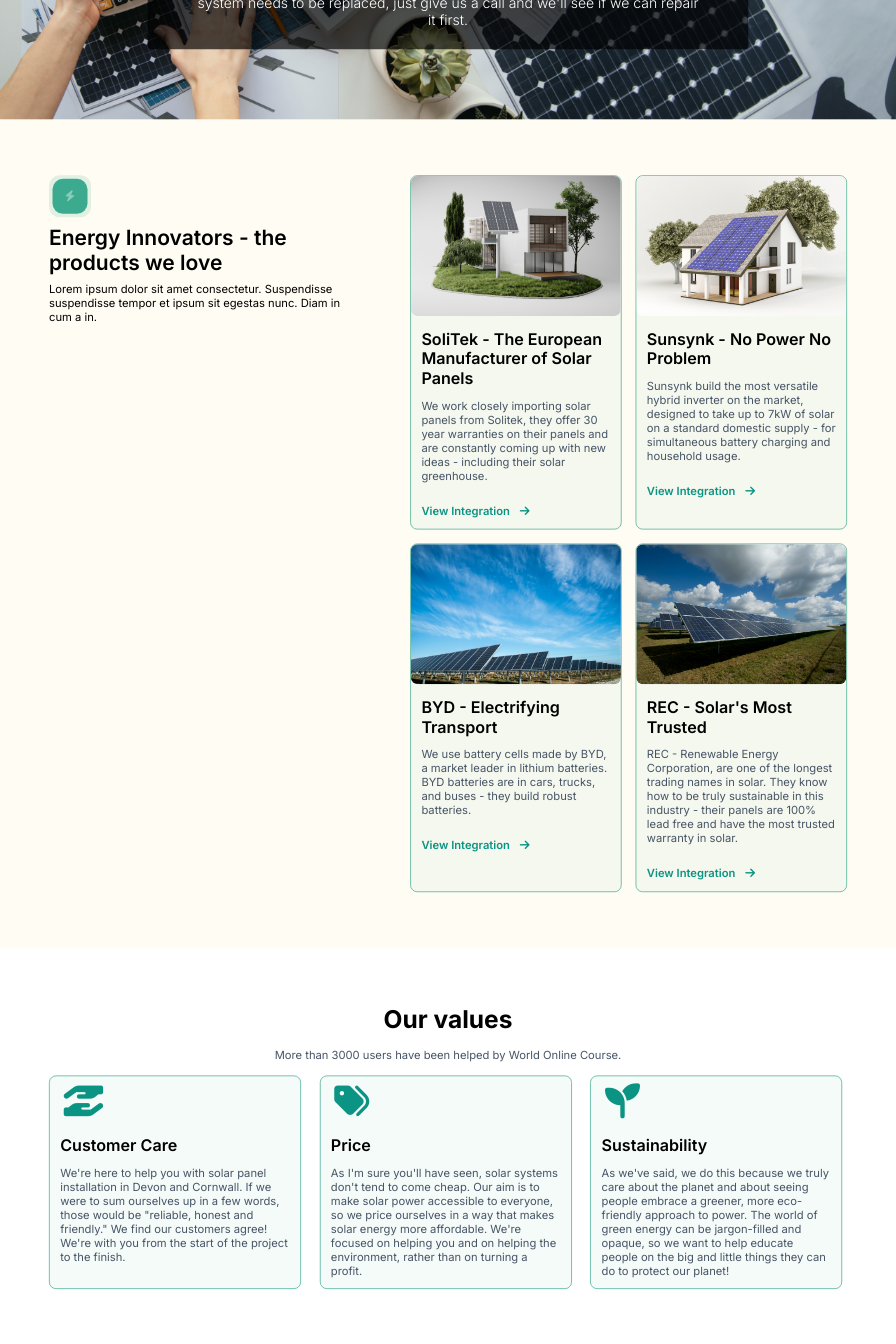
Repository: zeinawady/Solar-Company-Template
Page: index.html
An editor plug-in stored every save of this project. The page is shown before and after the next save, followed by the edit.
The browser window is 1280 px wide. The pictures show the part of the page from y = 2989 to 4909 px (the page is 5797 px tall before and 4613 px after), at 70% of full size.
Some web fonts or font styles are not loaded; a fallback is used.

Above is the page before, as saved 2024-09-18 19:21:58.

### index.html
<!DOCTYPE html>
<html lang="en">

<head>
    <meta charset="UTF-8">
    <meta name="viewport" content="width=device-width, initial-scale=1.0">
    <title>Solar Company</title>
    <link rel="stylesheet" href="css/style.css">
    <link rel="stylesheet" href="css/all.min.css">
    <link rel="preconnect" href="https://fonts.googleapis.com">
    <link rel="preconnect" href="https://fonts.gstatic.com" crossorigin>
    <link
        href="https://fonts.googleapis.com/css2?family=Inter:ital,opsz,wght@0,14..32,100..900;1,14..32,100..900&display=swap"
        rel="stylesheet">
    <link rel="preconnect" href="https://fonts.googleapis.com">
    <link rel="preconnect" href="https://fonts.gstatic.com" crossorigin>
    <link
        href="https://fonts.googleapis.com/css2?family=Inter:ital,opsz,wght@0,14..32,100..900;1,14..32,100..900&family=Playpen+Sans:wght@100..800&display=swap"
        rel="stylesheet">
</head>

<body>
    <!-- start header -->
    <header>
        <div class="container">
            <img src="images/Logo.png" width="100" alt="logo" class="logo">
            <nav>
                <ul class="nav-links">
                    <li><a href="#">Home</a></li>
                    <li><a href="#">Trade</a></li>
                    <li><a href="#">Shop</a></li>
                    <li><a href="#">Contact Us</a></li>
                </ul>
            </nav>
            <div class="nav-info">
                <div>Call Us</div>
                <div>+1 2345 3456 45</div>

            </div>
            <div class="links">
                <i class="fas fa-bars burger-icon"></i>
                <ul class="navHover">
                    <li><a href="#">Home</a></li>
                    <li><a href="#">Trade</a></li>
                    <li><a href="#">Shop</a></li>
                    <li><a href="#">Contact Us</a></li>
                </ul>

            </div>
        </div>
    </header>

    <!-- end header -->

    <!-- start landing -->
    <div class="landing">
        <div class="container">
            <div class="progress-container">
                <span>01</span>
                <progress value="40" max="100"></progress>
                <span>04</span>
            </div>
            <div class="landing-text">
                <h1 class="main-text">Solar Panel Installers In Plymouth</h1>
                <div class="sub-text">
                    Fueled is an award-winning technology consultancy that transforms businesses by generating ideas,
                    building products, and accelerating growth.
                </div>

                <button class="btn">Call Us Today</button>
                <button class="btn yellow-btn">Requst a call back</button>

            </div>
        </div>
    </div>
    <!-- end landing -->

    <!-- start features -->
    <div class="features">
        <div class="container">
            <div class="featuers-text">
                <h2 class="features-mainText">
                    The Friendliest Installers in the South-West
                </h2>
                <div class="features-subText">
                    At Solidarity Solar our aims are to help our customers towards a sustainable future and genuinely
                    care about the quality of products we use for our installs. We never sell you equipment you don't
                    need and will always advise to the best of our ability, No hard sell or pushy sales tactics ever. We
                    take pride in our work and do our best to make sure that we meet, or exceed, our customers'
                    expectations.
                </div>
                <div class="features-list">
                    <div class="features-listItem"> <span>0 1 / </span> Collaborate with 100+ leading</div>
                    <div class="features-listItem"> <span>0 2 / </span> Collaborate with 100+ leading</div>
                    <div class="features-listItem"> <span>0 3 / </span> Collaborate with 100+ leading</div>
                    <div class="features-listItem"> <span>0 4 / </span> Collaborate with 100+ leading</div>

                </div>

            </div>
            <div class="features-img">
                <img src="images/Rectangle 30.png" alt="features">
                <div class="rectangle">
                    <img src="images/solar.png" alt="solar" width="90">
                    The Piece That Sold Me On This Polarizing Trend
                </div>
            </div>

        </div>
    </div>
    <!-- end features -->

    <!-- start contact -->
    <div class="contact">
        <div class="container">
            <div class="contact-mainText">Power that Doesn't Cost the Earth</div>
            <div class="contact-subText">If you need advice then give us a call on 07745593882 or hit the button below
                to request a call back!</div>
            <button class="btn yellow-btn contact-btn">Call Us Today</button>
        </div>
    </div>
    <!-- end contact -->
    <!-- start kit -->
    <div class="kit">
        <div class="container">
            <div class="kit-text">
                <h2>Solar Kit</h2>
                <p>Complete solar system kits, ready for installation. They can be used to supplement on-grid housing, a
                    complete self-sustaining home or some combination of the two.</p>
            </div>
            <div class="card-list">
                <div class="card-item">
                    <img src="images/card1.png" alt="solar">
                    <div class="card-title">
                        Off Grid
                    </div>
                    <p class="card-subText">WOC has contributed to students so that they can work in their dream
                        company, we will continue to
                        stick to our commitment to create an advanced generation,</p>
                    <div class="card-arrow">
                        <a href="#">View Products <i class="fa-solid fa-arrow-right"></i></a>
                    </div>
                </div>
                <div class="card-item">
                    <img src="images/card2.png" alt="solar">
                    <div class="card-title">
                        On Grid
                    </div>
                    <p class="card-subText">WOC has contributed to students so that they can work in their dream
                        company, we will continue to
                        stick to our commitment to create an advanced generation,</p>
                    <div class="card-arrow">
                        <a href="#">View Products <i class="fa-solid fa-arrow-right"></i></a>
                    </div>
                </div>
                <div class="card-item">
                    <img src="images/card3.png" alt="solar">
                    <div class="card-title">
                        Hyprid
                    </div>
                    <p class="card-subText">WOC has contributed to students so that they can work in their dream
                        company, we will continue to
                        stick to our commitment to create an advanced generation,</p>
                    <div class="card-arrow">
                        <a href="#">View Products <i class="fa-solid fa-arrow-right"></i></a>
                    </div>
                </div>
            </div>

        </div>
    </div>
    <!-- end kit -->

    <!-- start replace -->
    <div class="replace">
        <div class="replace-container">
            <div class="replace-mainText">Repairs Over Replacement</div>
            <div class="replace-subText">We approach every aspect of our business with sustainability in mind. That's
                why we believe it's always worth trying to fix a system before outright replacing it, wherever possible
                – it requires fewer materials and is easier on the planet, as well as your wallet! If another company
                tells you that your system needs to be replaced, just give us a call and we'll see if we can repair it
                first.</div>
        </div>
    </div>
    <!-- end replace -->

    <!-- start energy -->
    <div class="energy">
        <div class="container">
            <div class="energy-text">
                <div class="icon">
                    <div class="icon-frame"><i class="fa-solid fa-bolt fa-beat-fade"></i></div>
                </div>
                <div class="energy-mainText">Energy Innovators - the products we love</div>
                <div class="energy-subText">Lorem ipsum dolor sit amet consectetur. Suspendisse suspendisse tempor et
                    ipsum sit egestas nunc. Diam in cum a in.</div>
            </div>
            <div class="energy-cards">
                <div class="energy-cardItem">
                    <img src="images/card1.png" alt="img">
                    <div class="card-title energycard-title ">SoliTek - The European Manufacturer of Solar Panels</div>
                    <div class="card-subText">We work closely importing solar panels from Solitek, they offer 30 year
                        warranties on their panels and are constantly coming up with new ideas - including their solar
                        greenhouse.</div>
                    <div class="card-arrow energycard-arrow"> <a href="#">View Integration <i
                                class="fa-solid fa-arrow-right"></i></a> </div>
                </div>

                <div class="energy-cardItem">
                    <img src="images/card2.png" alt="img">
                    <div class="card-title energycard-title">Sunsynk - No Power No Problem</div>
                    <div class="card-subText">Sunsynk build the most versatile hybrid inverter on the market, designed
                        to take up to 7kW of solar on a standard domestic supply - for simultaneous battery charging and
                        household usage.</div>
                    <div class="card-arrow energycard-arrow"> <a href="#">View Integration <i
                                class="fa-solid fa-arrow-right"></i></a> </div>
                </div>

                <div class="energy-cardItem">
                    <img src="images/energy3.jpg" alt="img">
                    <div class="card-title energycard-title">BYD - Electrifying Transport</div>
                    <div class="card-subText">We use battery cells made by BYD, a market leader in lithium batteries.
                        BYD batteries are in cars, trucks, and buses - they build robust batteries.</div>
                    <div class="card-arrow energycard-arrow"> <a href="#">View Integration <i
                                class="fa-solid fa-arrow-right"></i></a> </div>
                </div>

                <div class="energy-cardItem">
                    <img src="images/energy4.jpg" alt="img">
                    <div class="card-title energycard-title">REC - Solar's Most Trusted</div>
                    <div class="card-subText">REC - Renewable Energy Corporation, are one of the longest trading names
                        in solar. They know how to be truly sustainable in this industry - their panels are 100% lead
                        free and have the most trusted warranty in solar.</div>
                    <div class="card-arrow energycard-arrow"> <a href="#">View Integration <i
                                class="fa-solid fa-arrow-right"></i></a> </div>
                </div>
            </div>
        </div>
    </div>
    <!-- end energy -->

    <!-- start values -->
    <div class="values">
        <div class="container">
            <div class="kit-text">
                <h2>Our values</h2>
                <p>More than 3000 users have been helped by World Online Course.</p>
            </div>
            <div class="energy-cards values-cards">
                <div class="energy-cardItem">
                    <i class="fa-solid fa-hand-holding-hand"></i>
                    <div class="card-title energycard-title ">Customer Care</div>
                    <div class="card-subText">We're here to help you with solar panel installation in Devon and
                        Cornwall. If we were to sum ourselves up in a few words, those would be "reliable, honest and
                        friendly." We find our customers agree! We're with you from the start of the project to the
                        finish.</div>
                </div>
                <div class="energy-cardItem">
                    <i class="fa-solid fa-tags"></i>
                    <div class="card-title energycard-title ">Price</div>
                    <div class="card-subText">As I'm sure you'll have seen, solar systems don't tend to come cheap. Our
                        aim is to make solar power accessible to everyone, so we price ourselves in a way that makes
                        solar energy more affordable. We're focused on helping you and on helping the environment,
                        rather than on turning a profit.</div>
                </div>
                <div class="energy-cardItem">
                    <i class="fa-solid fa-seedling"></i>
                    <div class="card-title energycard-title ">Sustainability</div>
                    <div class="card-subText">As we've said, we do this because we truly care about the planet and about
                        seeing people embrace a greener, more eco-friendly approach to power. The world of green energy
                        can be jargon-filled and opaque, so we want to help educate people on the big and little things
                        they can do to protect our planet!</div>
                </div>
            </div>
        </div>
    </div>
    </div>
    <!-- end values -->

    <!-- start about -->
    <div class="about">
        <div class="container">
            <div class="about-text">
                <i class="fa-solid fa-quote-left"></i>
                <div class="energy-mainText">what they say about WOC</div>
                <div class="energy-subText">More than 3000 users have been helped by World Online Course.</div>

            </div>
            <div class="about-card">
                <div class="about-title">
                    <span>What they say</span>
                    <span>
                        <i class="fa-solid fa-circle"></i>
                        <i class="fa-regular fa-circle"></i>
                        <i class="fa-regular fa-circle"></i>
                        <i class="fa-regular fa-circle"></i>
                        <i class="fa-regular fa-circle"></i>
                    </span>

                </div>
                <div class="about-subText">“Studying at WOC is fun, the curriculum is complete, the instructors are
                    competent, and the assignments given are also relevant to the current scope of work.”</div>
                <div class="about-details">

                    <div class="details1">
                        <img src="images/person.png" alt="person">
                        <div class="details-head">
                            <div>Resky Fernanda</div>
                            <div> Product Designer at Tokopedia</div>
                        </div>
                    </div>
                    <div class="details2">
                        <i class="fa-solid fa-circle-chevron-left"></i>
                        <i class="fa-solid fa-circle-chevron-right"></i>
                    </div>
                </div>
            </div>
        </div>
    </div>
    <!-- end about -->
    <!-- start footer -->
    <footer>
        <div class="container">
            <div class="info">
                <div class="info-text">
                    <img src="images/footer.jpg" alt="img">
                    <div class="info-list">
                        <div><a href="#">About </a></div>
                        <div><a href="#">Careers </a></div>
                        <div><a href="#">Press</a></div>
                        <div><a href="#">Customer Care </a></div>
                        <div><a href="#">Services</a></div>
                    </div>
                </div>
                <div class="info-input">
                    <div> Get the freshest news from us</div>
                    <div>
                        <input type="email" placeholder="Your email adress.." class="email-input">
                        <button class="btn yellow-btn btn-email">Subscribe</button>
                    </div>
                </div>
            </div>

            <div class="footer-nav">
                <div class="info-list footer-navList">
                    <div><a href="#">Terms & Conditions </a></div>
                    <div><a href="#"> Privacy Policy   </a></div>
                    <div><a href="#">Accessibility </a></div>
                    <div><a href="#">  Legal </a></div>
                </div>
                <div class="copyright">
                    Copyright 2023 - Solidarity Solar Ltd
                </div>
            </div>
        </div>

        </div>

    </footer>
    <!-- end footer -->
</body>

</html>

Loaded but not shown: css/all.min.css (library); css/style.css (824 lines, source omitted)

After the next save:
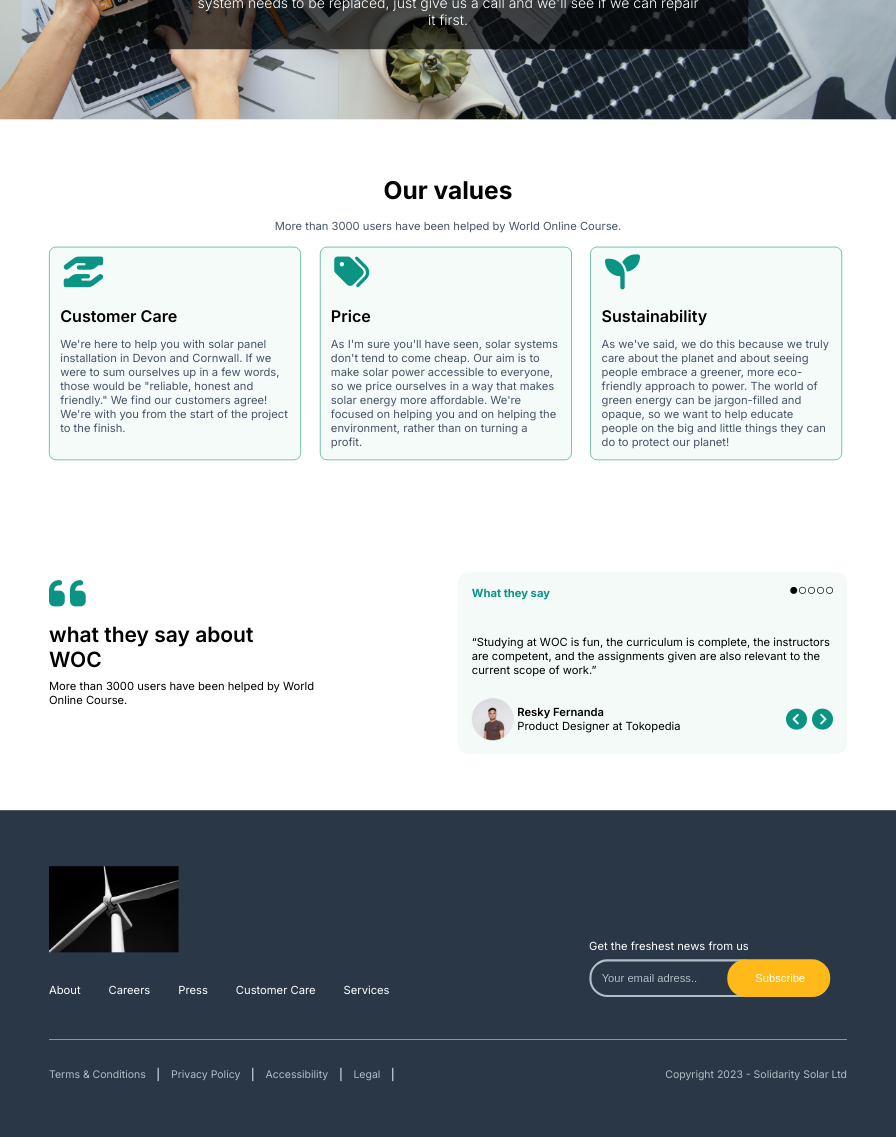
Saved 2 days later.
--- a/index.html
+++ b/index.html
@@ -184,59 +184,7 @@
     </div>
     <!-- end replace -->
 
-    <!-- start energy -->
-    <div class="energy">
-        <div class="container">
-            <div class="energy-text">
-                <div class="icon">
-                    <div class="icon-frame"><i class="fa-solid fa-bolt fa-beat-fade"></i></div>
-                </div>
-                <div class="energy-mainText">Energy Innovators - the products we love</div>
-                <div class="energy-subText">Lorem ipsum dolor sit amet consectetur. Suspendisse suspendisse tempor et
-                    ipsum sit egestas nunc. Diam in cum a in.</div>
-            </div>
-            <div class="energy-cards">
-                <div class="energy-cardItem">
-                    <img src="images/card1.png" alt="img">
-                    <div class="card-title energycard-title ">SoliTek - The European Manufacturer of Solar Panels</div>
-                    <div class="card-subText">We work closely importing solar panels from Solitek, they offer 30 year
-                        warranties on their panels and are constantly coming up with new ideas - including their solar
-                        greenhouse.</div>
-                    <div class="card-arrow energycard-arrow"> <a href="#">View Integration <i
-                                class="fa-solid fa-arrow-right"></i></a> </div>
-                </div>
-
-                <div class="energy-cardItem">
-                    <img src="images/card2.png" alt="img">
-                    <div class="card-title energycard-title">Sunsynk - No Power No Problem</div>
-                    <div class="card-subText">Sunsynk build the most versatile hybrid inverter on the market, designed
-                        to take up to 7kW of solar on a standard domestic supply - for simultaneous battery charging and
-                        household usage.</div>
-                    <div class="card-arrow energycard-arrow"> <a href="#">View Integration <i
-                                class="fa-solid fa-arrow-right"></i></a> </div>
-                </div>
-
-                <div class="energy-cardItem">
-                    <img src="images/energy3.jpg" alt="img">
-                    <div class="card-title energycard-title">BYD - Electrifying Transport</div>
-                    <div class="card-subText">We use battery cells made by BYD, a market leader in lithium batteries.
-                        BYD batteries are in cars, trucks, and buses - they build robust batteries.</div>
-                    <div class="card-arrow energycard-arrow"> <a href="#">View Integration <i
-                                class="fa-solid fa-arrow-right"></i></a> </div>
-                </div>
-
-                <div class="energy-cardItem">
-                    <img src="images/energy4.jpg" alt="img">
-                    <div class="card-title energycard-title">REC - Solar's Most Trusted</div>
-                    <div class="card-subText">REC - Renewable Energy Corporation, are one of the longest trading names
-                        in solar. They know how to be truly sustainable in this industry - their panels are 100% lead
-                        free and have the most trusted warranty in solar.</div>
-                    <div class="card-arrow energycard-arrow"> <a href="#">View Integration <i
-                                class="fa-solid fa-arrow-right"></i></a> </div>
-                </div>
-            </div>
-        </div>
-    </div>
+
     <!-- end energy -->
 
     <!-- start values -->
